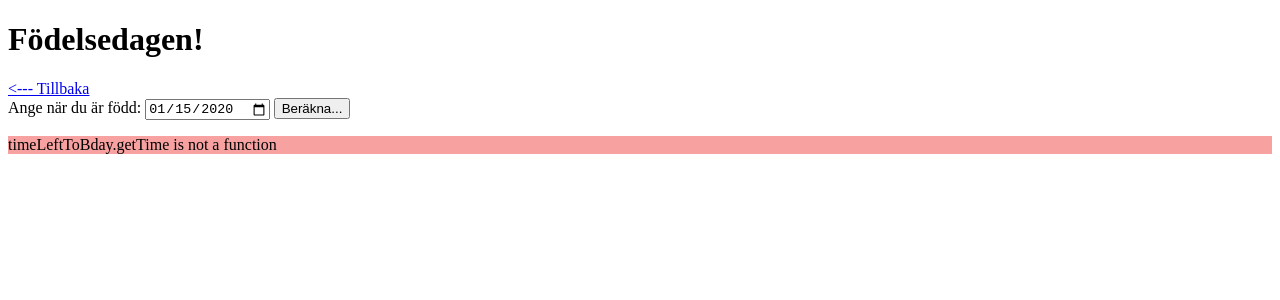
Repository: mw222rs/1dv403-laborationer
Page: 1-vandalen/birthday/index.html
The author's editor kept a record of every edit. The page is drawn from the files as they stood at one moment, then again after the next edit.
The browser window is 1280 px wide. The pictures show the whole page.
Empty fields were first filled with sample values (such as "Sample", 5 or name@example.com).
After loading, the first visible `#send` was clicked once.

Above is the page before.

After the next edit:
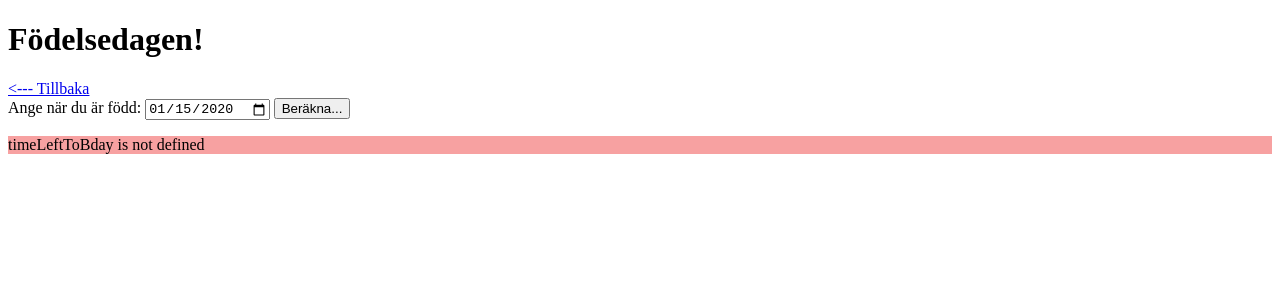
The edit:
--- a/1-vandalen/birthday/script.js
+++ b/1-vandalen/birthday/script.js
@@ -13,7 +13,6 @@
 		var thisYearUserBday = new Date(now.getFullYear(), userBday.getMonth(), userBday.getDate());
 		var nextYearUserBday = new Date((now.getFullYear() + 1), userBday.getMonth(), userBday.getDate());
 
-		var timeLeftToBday = (thisYearUserBday.getTime() < now.getTime()) ? thisYearUserBday.getTime() : nextYearUserBday.getTime();
 
 		console.log("UserBday-objekt: " + userBday);
 		console.log("Nu: " + now);
